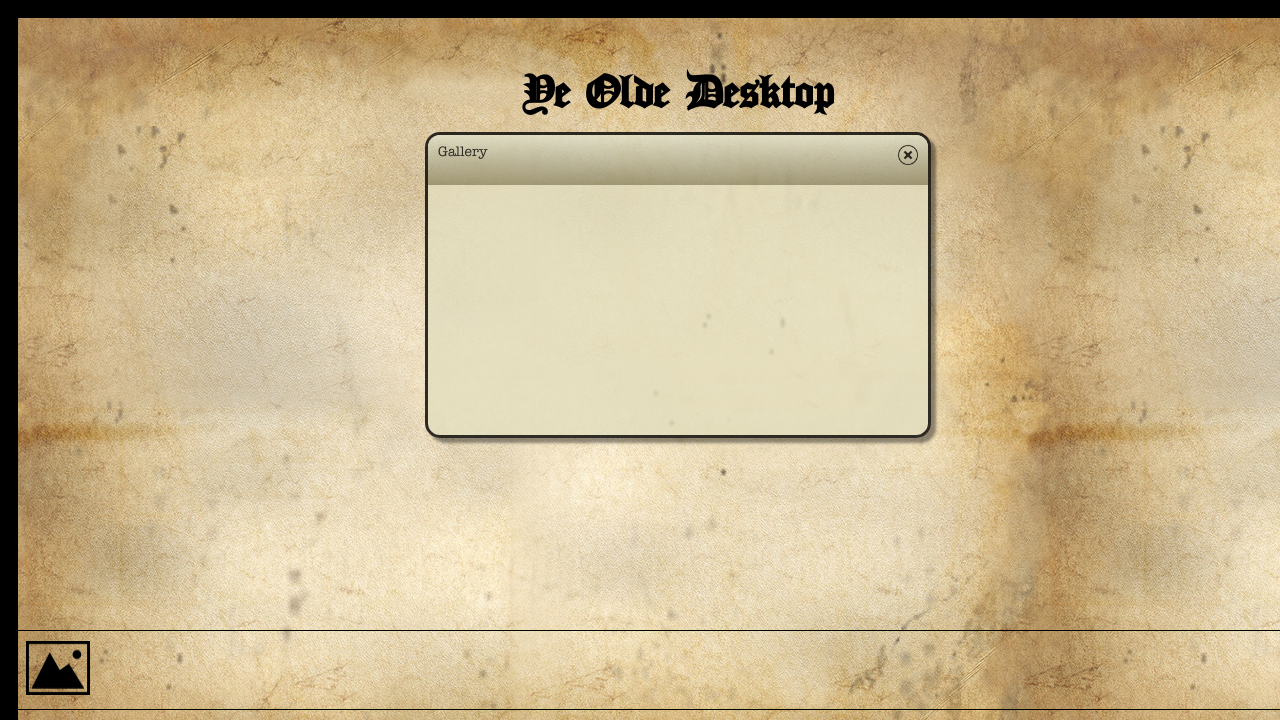
Repository: ma223md/1dv403-laborationer
Page: 5-pwd/index.html
The author's editor kept a record of every edit. The page is drawn from the files as they stood at one moment, then again after the next edit.
The browser window is 1280 px wide. The pictures show the whole page.
After loading, the first visible `img` was clicked once.
Pictures or frames that could not be fetched are drawn as grey boxes.

Above is the page before.
Console error: ReferenceError: loadingIcon is not defined

### 5-pwd/index.html
<!DOCTYPE html>
<html>
    <head>
        <meta charset="UTF-8" />
        <link rel="stylesheet" href="css/pwdstyle.css" />
        <script src="js/navigation.js"></script>
        <script src="js/desktop.js"></script>
        <script src="js/window.js"></script>
        <script src="js/imageviewer.js"></script>
        <script src="js/run.js"></script>
        <title>Personal Web Desktop</title>
    </head>

    <body>
        <div id="desktop">
                <header>
                    <h1>Ye Olde Desktop</h1>
                </header>
                <template class="template">
                    <div class="window">
                        <div class="windowTop">
                            <img id="windowIcon">
                            <p class="name"></p>
                            <img src="pics/close_icon.png" id="closeIMG"/>
                        </div>
                        <div class="windowContent"></div>
                    </div>
                </template>

                <div id="iconbar"></div>
        </div>
    </body>
</html>

### 5-pwd/css/pwdstyle.css
@font-face {
    font-family: headline;
    src: url(../fonts/OldLondon.ttf);
}

@font-face {
    font-family: article;
    src: url(../fonts/linowrite.ttf);
}

body
{
    background-color: black;
}

header h1 {
    text-align: center;
    padding-top: 15px;
    color: black;
    font-family: headline;
    font-size: 50px;
}

#desktop {
    display: block;
    position: fixed;
    width: 100%;
    height: 100%;
    margin: 10px;
    background-image: url("../pics/paperbackground.jpg");
    padding-left: 20px;
    padding-right: 20px;
}

#iconbar {
    position: fixed;
    bottom: 10px;
    right: 10px;
    left: 15px;
    width: 100%;
    border-style: solid;
    border-width: 1px;
    border-color: black;
}

#iconbar img {
    margin: 10px;
}

/*p {
    font-family: article;
    font-size: 14px;
    text-align: center;
    padding-top: 10px;
    padding-bottom: 10px;
    padding-left: 20px;
    padding-right: 20px;
    color: black;
    word-wrap: break-word;
}*/

.window {
	background:#E3DEBF;
	font-size: 1.2em;

	width:500px;
    opacity: 0.8;
	border:3px solid black;
	overflow:hidden;
	margin:auto;
	text-align: center;
	-moz-box-shadow: 5px 5px 3px rgba(0, 0, 0, 0.5);
	-webkit-box-shadow: 5px 5px 3px rgba(0, 0, 0, 0.5);
	box-shadow: 5px 5px 3px rgba(0, 0, 0, 0.5);
    -moz-border-radius: 15px;
    border-radius: 15px;
}

.windowTop {
    display: block;
    padding: 10px;
    height: 30px;
    background: -webkit-gradient(linear, 0 0, 0 100%, from(#e1e2cc), to(#918a68));
    background: -webkit-linear-gradient(#e1e2cc 0%, #918a68 100%);
    background: -moz-linear-gradient(#e1e2cc 0%, #918a68 100%);
    background: -o-linear-gradient(#e1e2cc 0%, #918a68 100%);
    background: linear-gradient(#e1e2cc 0%, #918a68 100%);
}

#closeIMG {
    float: right;
    width: 20px;
    width: 20px;
}

.name {
    margin-top: 0px;
    margin-bottom: 0px;
    float: left;
    font-family: article;
    color: black;
    font-size: 14px;
    text-align: left;
    word-wrap: break-word;
}

.windowContent {
    height: 250px;
    overflow: scroll;
}

.loadingIcon {
    height: 30px;
    padding-top: 10px;
}

.imageDiv {
    float: left;
    width: 85px;
    height: 50px;
    background-color: #f2efe0;
    margin:5px;
    padding-top:5px;
    padding-bottom:5px;
    -moz-border-radius: 5px;
    border-radius: 5px;
}

### 5-pwd/js/navigation.js
"use strict";

function Navigation(desktop){
    //get navigation elements
    this.element = document.getElementById("iconbar")
    this.desktop = desktop;
}

// function for new icons in navigation
Navigation.prototype.newIcon = function(imgURL, width, name){
    var icon = document.createElement("img");

    //set attributes
    icon.setAttribute('src', imgURL);
    icon.style.width = width;
    icon.style.height = "54px";

    var that = this;
    // append to element
    this.element.appendChild(icon);

    // onclick function
    icon.onclick = function(e){
        // create new window
        //e.preventDefault();
        new Window(that.desktop, icon, name);
        return false;
    };
};

### 5-pwd/js/desktop.js
"use strict";

function Desktop(){
    // get desktop element
    this.element = document.querySelector("#desktop");
}

### 5-pwd/js/window.js
"use strict";

function Window(desktop, icon, name){
    // check name
    this.checkName(name);


    // get window elements
    var temp = document.querySelector(".template"),
    windowTemp = temp.content.querySelector(".window"),
    win = windowTemp.cloneNode(true);

    // assign elements for windowtop
    var windowTop = win.querySelector(".windowTop"),
    closeButton = win.querySelector("#closeIMG"),
    windowName = win.querySelector(".name"),
    content = win.querySelector(".windowContent");

    // define variables
    this.desktop = desktop;
    this.win = win;

    //append name
    windowName.innerHTML = name;

    //append new window
    desktop.element.appendChild(win);

    // loading image
    this.loadingIcon = document.createElement('img');
    this.loadingIcon.setAttribute('src', 'pics/loading_icon.GIF');
    this.loadingIcon.setAttribute('class', 'loadingIcon');
    content.appendChild(loadingIcon);

    // close window when button is clicked
    closeButton.onclick = function(e){
        desktop.element.removeChild(win);
    };


    // make dragable and movable
    var offset = { x: 0, y: 0 };
    windowTop.addEventListener('mousedown', mouseDown, false);
    window.addEventListener('mouseup', mouseUp, false);

    function mouseUp() {
        win.removeEventListener('mousemove', popupMove, true);
    }

    function mouseDown(e) {
        offset.x = e.clientX - win.offsetLeft;
        offset.y = e.clientY - win.offsetTop;
        win.addEventListener('mousemove', popupMove, true)
    }

    function popupMove(e) {
        win.style.position = 'absolute';
        var top = e.clientY - offset.y;
        var left = e.clientX - offset.x;
        win.style.top = top + 'px';
        win.style.top = left + 'px';
    }
}

Window.prototype.checkName = function(name) {
    if (name === "Image Viewer"){
        new ImageViewer(this.win, this.desktop);
    }
}

### 5-pwd/js/imageviewer.js
"use strict";

function ImageViewer(win, desktop){
    // get and render images
    var xhr = new XMLHttpRequest();

    xhr.onreadystatechange = function(){
    	if(xhr.readyState === 4 && xhr.status === 200){
    	    // remove loading icon at response
    	   var content = document.querySelector(".windowContent"),
    	   loadIcon = document.querySelector(".loadingIcon");
    	   content.removeChild(loadIcon);
    	   //win.removeChild(win.loadingIcon);

    	    // variables
    	    var imageDiv,
    	    link,
    	    img,
    	    images = [],
    	    URL = [];

            // parse object
            var obj = JSON.parse(xhr.responseText);

            //loop trough array
            for (var i = 0; i < obj.length; i++){
                // get elements
                //var content = document.querySelector(".windowContent");
                // create img and a elements
                imageDiv = document.createElement("div");
                link = document.createElement("a");
                img = document.createElement("img");

                // set attributes
                link.setAttribute('href', '#');
                imageDiv.setAttribute('class', 'imageDiv');
                imageDiv.setAttribute('id', 'imageDiv'+i);
                img.setAttribute('src', obj[i].thumbURL);
                img.setAttribute('class', 'imageThumb');

                // put url in array
                images.push(img);
                URL.push(obj[i].URL);

                // append elements
                imageDiv.appendChild(img);
                link.appendChild(imageDiv);
                content.appendChild(link);

                img.onclick = function(){
                    //change desktop background
                    console.log('hej');
                    document.getElementById("desktop").style.background = "url(obj[i].URL)";
                };
            }

            // change desktop background

    	}
    };

	xhr.open("GET", "http://homepage.lnu.se/staff/tstjo/labbyServer/imgviewer/", true);
    xhr.send(null);
}

### 5-pwd/js/run.js
"use strict";

window.onload = function(){
    // create new desktop
    var desktop = new Desktop;
    var nav = new Navigation(desktop);

    // add icons to navigation
    nav.newIcon('pics/image_icon.png', '64px', 'Gallery');
};

After the next edit:
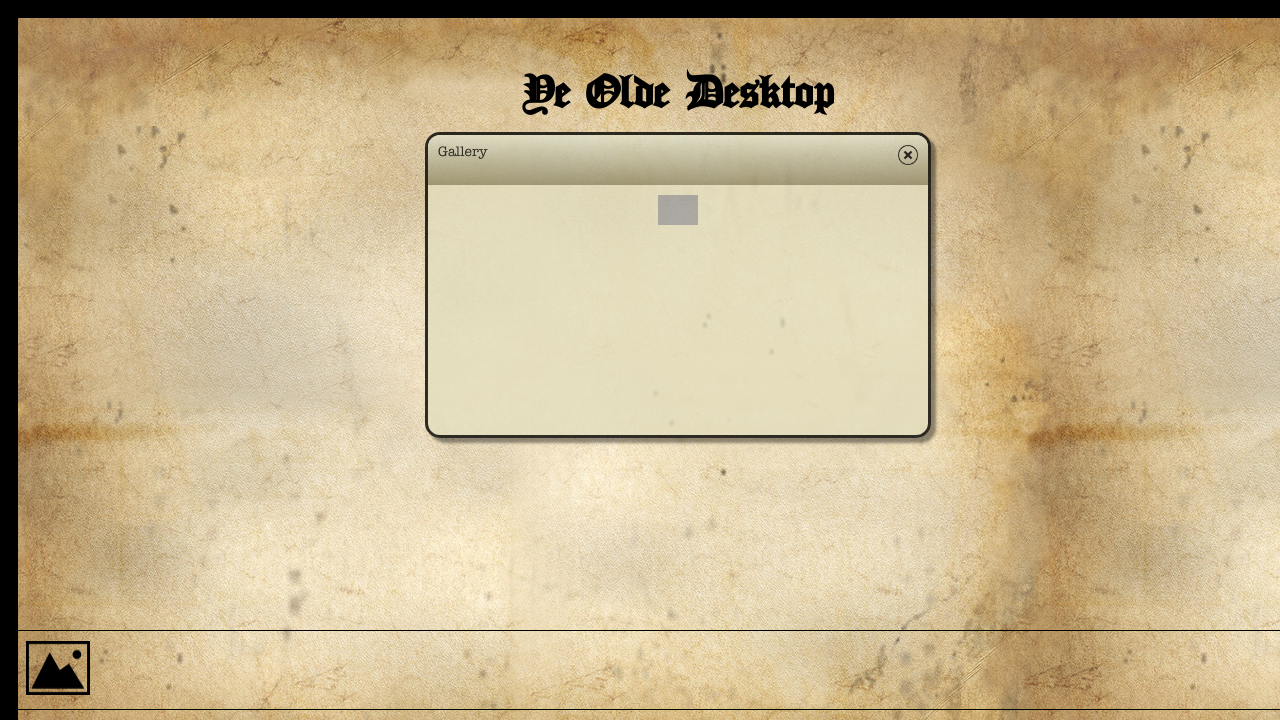
The error is gone.
The edit:
--- a/5-pwd/js/window.js
+++ b/5-pwd/js/window.js
@@ -30,7 +30,7 @@
     this.loadingIcon = document.createElement('img');
     this.loadingIcon.setAttribute('src', 'pics/loading_icon.GIF');
     this.loadingIcon.setAttribute('class', 'loadingIcon');
-    content.appendChild(loadingIcon);
+    content.appendChild(this.loadingIcon);
 
     // close window when button is clicked
     closeButton.onclick = function(e){
